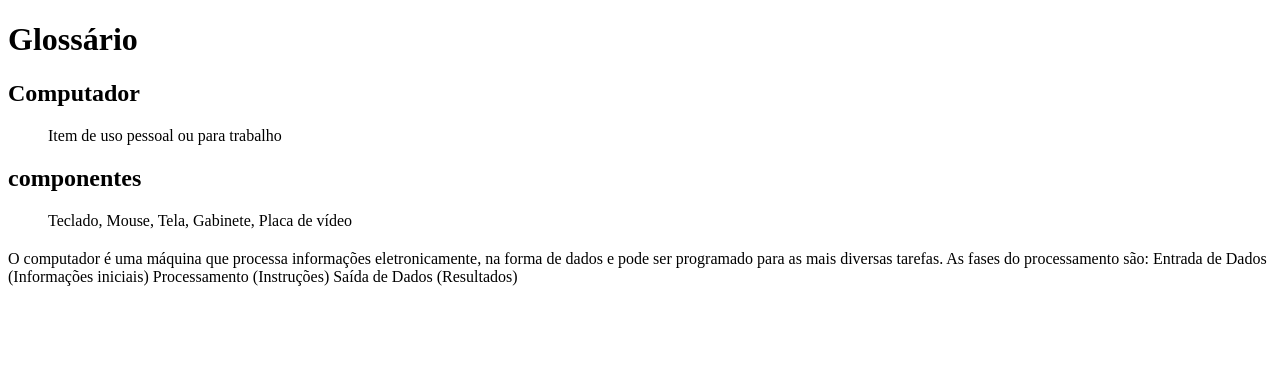
Repository: RenatoCCS/Mais1Code
Page: Rocketseat/Fundamentar/01 - O guia estelar de HTML/Desafios/1_Glossario/glossary.html
An editor plug-in stored every save of this project. The page is shown before and after a run of saves, followed by the edit.
The browser window is 1280 px wide. The pictures show the whole page.

Above is the page before, as saved 2022-04-18 20:46:03.

After the next 3 saves:
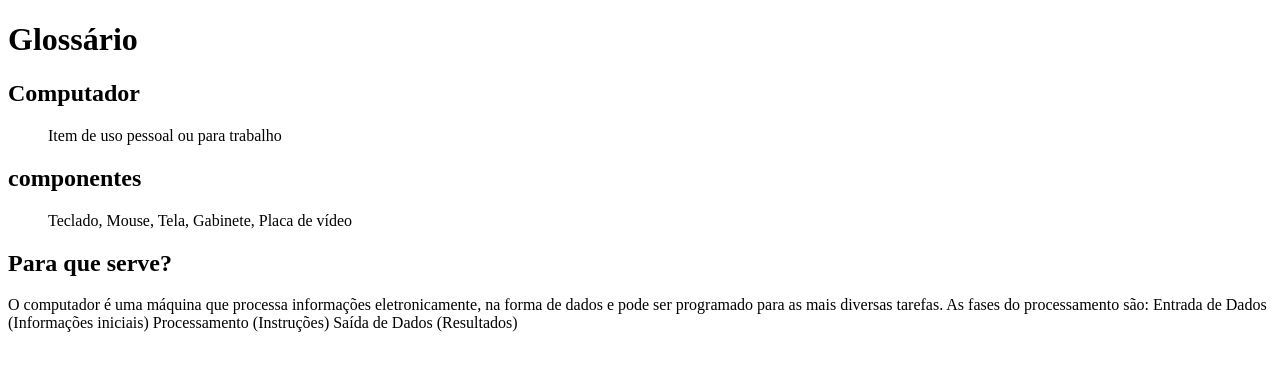
The 3 saves are shown as one change because they came seconds apart.
The last was saved 10 s later.
--- a/Rocketseat/Fundamentar/01 - O guia estelar de HTML/Desafios/1_Glossario/glossary.html
+++ b/Rocketseat/Fundamentar/01 - O guia estelar de HTML/Desafios/1_Glossario/glossary.html
@@ -16,7 +16,7 @@
     <h2><dt>componentes</dt></h2>
     <dd>Teclado, Mouse, Tela, Gabinete, Placa de vídeo</dd>
 
-<h2><dt></dt></h2>
+<h2><dt>Para que serve?</dt></h2>
     O computador é uma máquina que processa informações eletronicamente, na forma de dados e pode ser programado para as mais diversas tarefas.
 
     As fases do processamento são:
